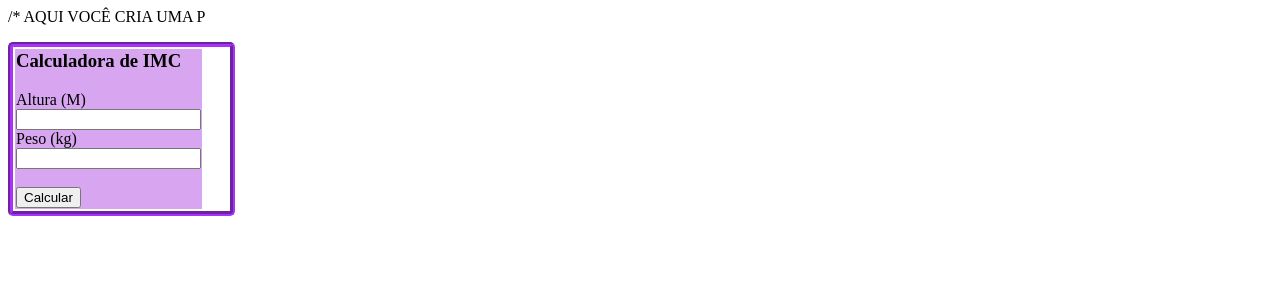
Repository: Patriciamativi/Projetos
Page: index.html
These files come from the project's save history. The page is drawn as it stood at one moment and after a run of saves; the edit follows.
The browser window is 1280 px wide. The pictures show the whole page.

Above is the page before, as saved 2022-11-21 16:01:56.

After the next 2 saves:
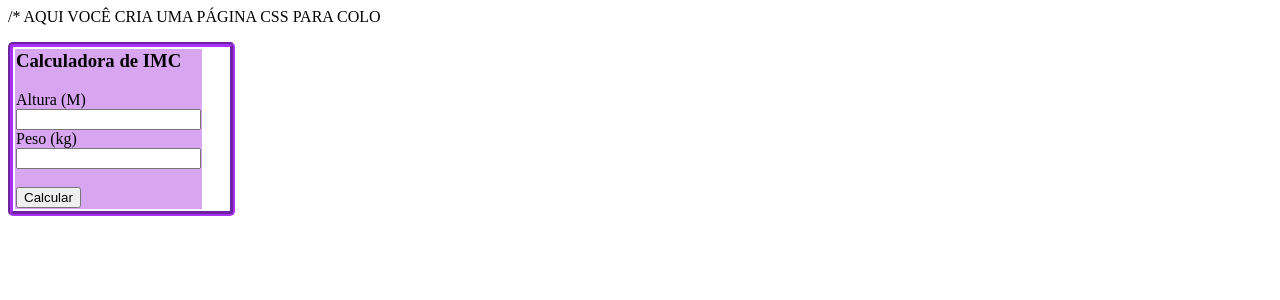
The 2 saves are shown as one change because they came seconds apart.
The last was saved 7 s later.
--- a/index.html
+++ b/index.html
@@ -2,7 +2,7 @@
     <head>
         <title>Calculadora de IMC</title>
         <meta charset="utf-8"/>
-        <link rel="stylesheet" href="style.css"> /* AQUI VOCÊ  CRIA UMA P
+        <link rel="stylesheet" href="style.css"> /* AQUI VOCÊ  CRIA UMA PÁGINA CSS PARA COLO
     </head>
 
    <p>
